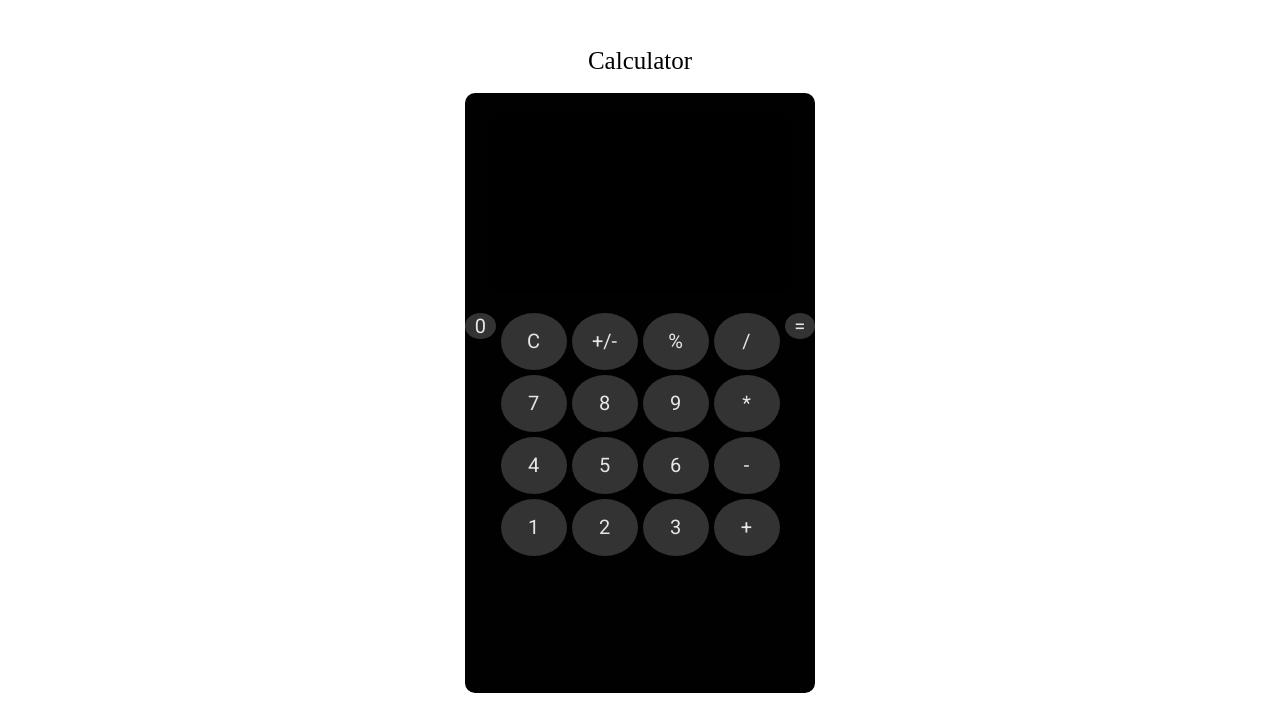
Repository: Gibon9/SimpleCalc
Page: index.html
The author's editor kept a copy of each file at every save. The page is drawn from the files as they stood at one save, then again after the next save.
The browser window is 1280 px wide. The pictures show the whole page.
Some web fonts or font styles are not loaded; a fallback is used.

Above is the page before, as saved 2020-11-27 19:30:31.

After the next save:
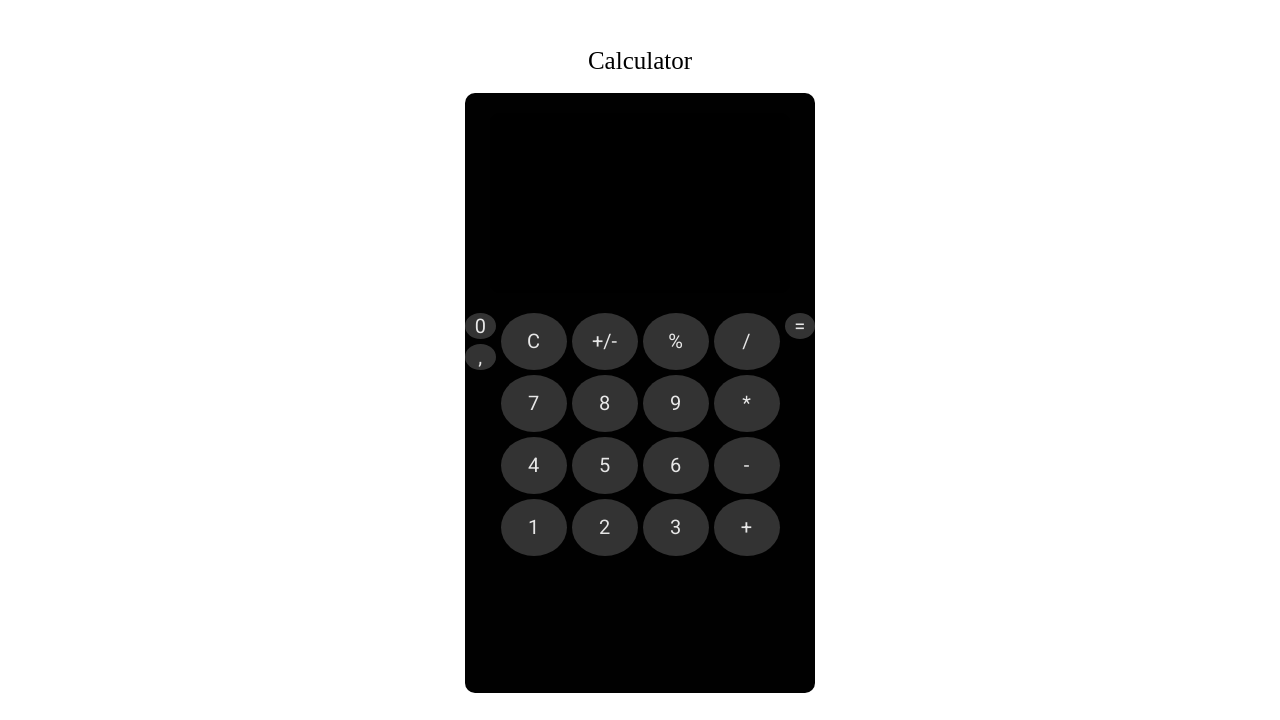
Saved 64 s later.
--- a/index.html
+++ b/index.html
@@ -33,7 +33,8 @@
           <button class="calc-button minus-btn" id="minus">-</button>
           <button class="calc-button divide-btn" id="divide">/</button>
           <button class="calc-button multiply-btn" id="multiply">*</button>
-          <button class="calc-button" id="equal">=</button>
+          <button class="calc-button equal-btn" id="equal">=</button>
+          <button class="calc-button coma-btn" id="coma">,</button>
         </section>
       </section>
     </main>
